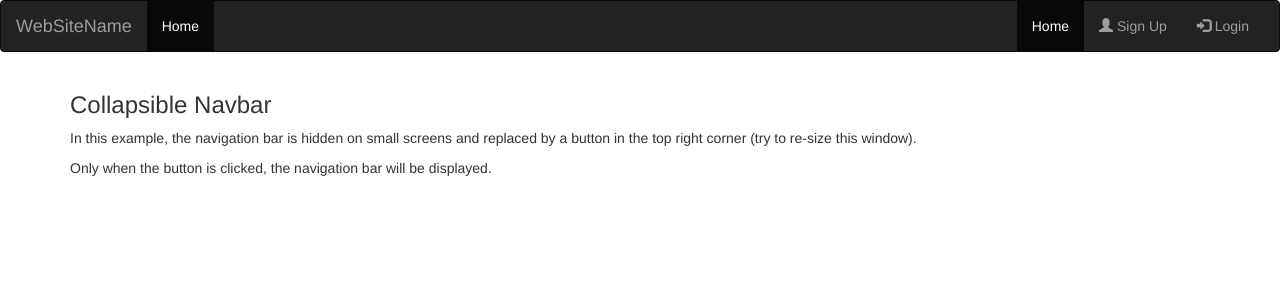
Repository: prathmeshgodbole/Web_Development
Page: Mobile_tracker/Installation.html
These files come from the project's save history. The page is drawn as it stood at one moment and after the next save; the edit follows.
The browser window is 1280 px wide. The pictures show the whole page.

Above is the page before, as saved 2020-03-08 12:13:34.

After the next save:
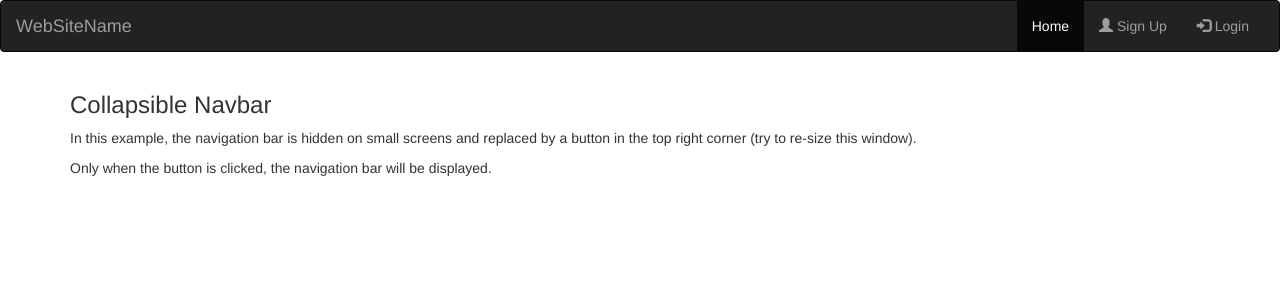
Saved 4 s later.
--- a/Mobile_tracker/Installation.html
+++ b/Mobile_tracker/Installation.html
@@ -23,10 +23,7 @@
                 <a class="navbar-brand" href="#">WebSiteName</a>
             </div>
             <div class="collapse navbar-collapse" id="myNavbar">
-                <ul class="nav navbar-nav">
-                    <li class="active"><a href="#">Home</a></li>
 
-                </ul>
                 <ul class="nav navbar-nav navbar-right">
                     <li class="active"><a href="#">Home</a></li>
                     <li><a href="#"><span class="glyphicon glyphicon-user"></span> Sign Up</a></li>
